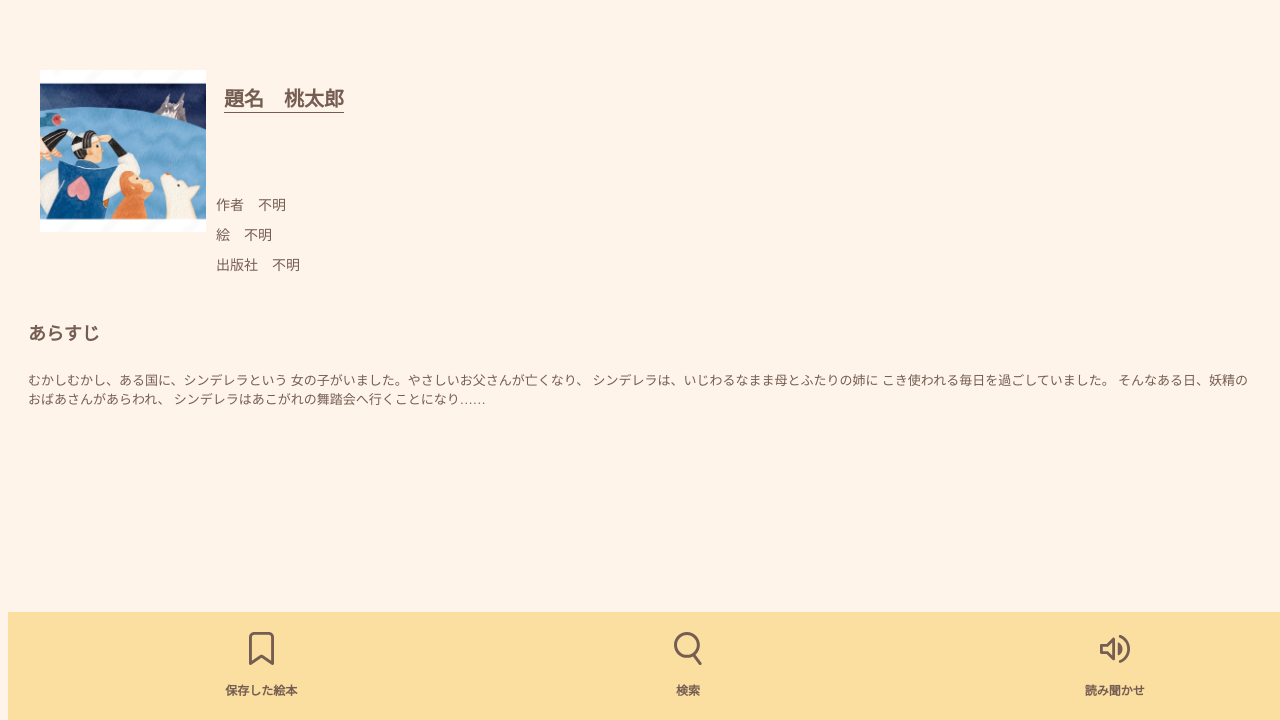
Repository: kmii12/2024-teampj
Page: /result/resultDetail/1
These files come from the project's save history. The page is drawn as it stood at one moment and after the next save; the edit follows.
The browser window is 1280 px wide. The pictures show the whole page.
The project was rebuilt for these pictures with package versions that can differ from the ones it lists, and the page was loaded fresh each time. The framework's server and built-in components were replaced by stand-ins that run in the browser. Also part of the build but not shown: next.config.mjs.

Above is the page before, as saved 2024-10-29 23:47:39.

### src/app/result/resultDetail/[id]/page.tsx
"use client";

import { useParams } from "next/navigation";
import { useEffect, useState } from "react";
import detailStyles from "./ResultDetail.module.scss";
import styles from "../../Result.module.scss";

interface ResultData {
  id: number;
  title: string;
  writer: string;
  illustrator: string;
  image: string;
  livingThing: string[];
  mainCharacter: string;
  character: string[];
  genre: string;
  location: string;
  hue: string;
  atmosphere: string[];
  season: string;
}

const ResultDetail: React.FC = () => {
  const { id } = useParams(); // URLから動的なIDを取得

  const [resultDetails, setResultDetails] = useState<ResultData | null>(null); // 本のデータを保存するstate

  // ダミーデータ（あとからfirebaseから取得）
  const ResultDatas: ResultData[] = [
    {
      id: 1,
      title: "桃太郎",
      writer: "不明",
      illustrator: "不明",
      image: "/img/momotaro.jpeg",
      livingThing: ["人間", "陸の生き物", "空の生き物"],
      mainCharacter: "桃太郎",
      character: [
        "桃太郎",
        "犬",
        "猿",
        "キジ",
        "鬼",
        "おじいさん",
        "おばあさん",
      ],
      genre: "昔話",
      location: "日本",
      hue: "不明",
      atmosphere: "",
      season: "不明",
    },
    {
      id: 2,
      title: "赤ずきん",
      writer: "不明",
      illustrator: "不明",
      image: "/img/littleRedRidingHood.jpeg",
      livingThing: ["人間", "陸の生き物", "空の生き物"],
      mainCharacter: "赤ずきん",
      character: ["赤ずきん", "おばあさん", "オオカミ"],
      hue: "不明",
      atmosphere: ["かわいい", "怖い"],
      genre: "昔話",
      location: "海外",
      season: "不明",
    },
    {
      id: 3,
      title: "シンデレラ",
      writer: "不明",
      illustrator: "不明",
      image: "/img/cinderella.jpeg",
      livingThing: "人間",
      mainCharacter: "シンデレラ",
      character: ["シンデレラ", "王子", "魔法使い"],
      genre: "昔話",
      location: "海外",
      hue: "不明",
      atmosphere: "",
      season: "不明",
    },
    {
      id: 4,
      title: "白雪姫",
      writer: "不明",
      illustrator: "不明",
      image: "/img/snowWhite.jpeg",
      livingThing: ["人間", "陸の生き物"],
      mainCharacter: "白雪姫",
      character: ["白雪姫", "王子", "魔女", "小人"],
      genre: "昔話",
      location: "海外",
      hue: "不明",
      atmosphere: "",
      season: "不明",
    },
    {
      id: 5,
      title: "アラジンと魔法のランプ",
      writer: "不明",
      illustrator: "不明",
      image: "/img/aladdin.jpeg",
      livingThing: ["人間", "陸の生き物"],
      mainCharacter: "アラジン",
      character: ["アラジン", "ジーニー", "王女", "魔法使い", "盗賊"],
      genre: "昔話",
      location: "海外",
      hue: "不明",
      atmosphere: "",
      season: "不明",
    },
  ];

  useEffect(() => {
    // idがまだundefinedの状態では処理しないようにする
    if (id) {
      const numericId = parseInt(id, 10); // idを数値に変換
      const foundDetail = ResultDatas.find((item) => item.id === numericId); // idでデータを検索
      setResultDetails(foundDetail || null); // 見つからなかった場合はnullを設定
    }
  }, [id]);

  if (!resultDetails) {
    return <p>Loading...</p>;
  }

  return (
    <>
      <div className={styles.resultContainer}>
        <div className={detailStyles.detailTtlWrap}>
          <div className={detailStyles.itemImageWrap}>
            <img
              src={resultDetails.image}
              alt={resultDetails.title}
              className={detailStyles.image}
            />
          </div>
          <div className={detailStyles.itemDescriptionWrap}>
            <h1 className="title">題名　{resultDetails.title}</h1>
            <div className={detailStyles.fixedBottom}>
              <p className="writer">作者　{resultDetails.writer}</p>
              <p className="illustrator">絵　{resultDetails.illustrator}</p>
              <p className="">出版社　{resultDetails.illustrator}</p>
            </div>
          </div>
        </div>

        <div className={detailStyles.descriptionContainer}>
          <h2 className={detailStyles.summary}>あらすじ</h2>
          <p className={detailStyles.summaryTxt}>
            むかしむかし、ある国に、シンデレラという
            女の子がいました。やさしいお父さんが亡くなり、
            シンデレラは、いじわるなまま母とふたりの姉に
            こき使われる毎日を過ごしていました。
            そんなある日、妖精のおばあさんがあらわれ、
            シンデレラはあこがれの舞踏会へ行くことになり……
          </p>
        </div>
      </div>
    </>
  );
};

export default ResultDetail;

### src/app/globals.css
html {
  font-size: 62.5%;
}

body {
  font-family: "Zen Maru Gothic", serif;
  background-color: #fff4ea;
}

a {
  color: inherit;
  text-decoration: none;
}

li {
  list-style-type: none;
}

### src/app/components/Footer.tsx
"use client";

import Link from "next/link";
import styles from "./Footer.module.scss";
import { usePathname } from "next/navigation";

export default function Footer() {
  const pathname = usePathname();

  return (
    <footer className={styles.footer}>
      <nav>
        <ul>
          <li>
            <Link
              href="/saved"
              className={pathname === "/saved" ? styles.active : ""}
            >
              <svg
                xmlns="http://www.w3.org/2000/svg"
                width="40"
                height="40"
                viewBox="0 0 40 40"
                fill="none"
              >
                <path
                  d="M31.5577 36C31.2643 35.9944 30.9782 35.9096 30.7308 35.7549L20.5 28.7589L10.2692 35.7549C10.0433 35.8898 9.78379 35.9611 9.51923 35.9611C9.25467 35.9611 8.99521 35.8898 8.76923 35.7549C8.54791 35.643 8.3604 35.4762 8.22542 35.271C8.09043 35.0658 8.01271 34.8295 8 34.5857V8.18571C8 6.81038 8.55718 5.49137 9.54895 4.51886C10.5407 3.54635 11.8859 3 13.2885 3H27.7115C29.1141 3 30.4593 3.54635 31.451 4.51886C32.4428 5.49137 33 6.81038 33 8.18571V34.5857C33.001 34.8425 32.9297 35.0945 32.7939 35.3141C32.6582 35.5337 32.4633 35.7123 32.2308 35.8303C32.0245 35.9413 31.793 35.9996 31.5577 36ZM20.5 25.6286C20.7947 25.6255 21.0833 25.7111 21.3269 25.8737L30.1154 31.8703V8.18571C30.1154 7.56056 29.8621 6.96101 29.4113 6.51896C28.9605 6.07691 28.3491 5.82857 27.7115 5.82857H13.2885C12.6509 5.82857 12.0395 6.07691 11.5887 6.51896C11.1379 6.96101 10.8846 7.56056 10.8846 8.18571V31.8703L19.6731 25.8737C19.9167 25.7111 20.2053 25.6255 20.5 25.6286Z"
                  fill={pathname === "/saved" ? "#c96868" : "#755D52"}
                />
              </svg>
              <p
                style={{
                  color: pathname === "/saved" ? "#c96868" : "#755D52",
                }}
              >
                保存した絵本
              </p>
            </Link>
          </li>
          <li>
            <Link href="/" className={pathname === "/" ? styles.active : ""}>
              <svg
                xmlns="http://www.w3.org/2000/svg"
                width="40"
                height="40"
                viewBox="0 0 40 40"
                fill="none"
              >
                <path
                  fillRule="evenodd"
                  clipRule="evenodd"
                  d="M18.9346 25.8692C24.4214 25.8692 28.8692 21.4214 28.8692 15.9346C28.8692 10.4479 24.4214 6 18.9346 6C13.4479 6 9 10.4479 9 15.9346C9 21.4214 13.4479 25.8692 18.9346 25.8692ZM18.9346 28.8692C26.0782 28.8692 31.8692 23.0782 31.8692 15.9346C31.8692 8.79103 26.0782 3 18.9346 3C11.791 3 6 8.79103 6 15.9346C6 23.0782 11.791 28.8692 18.9346 28.8692Z"
                  fill={pathname === "/" ? "#c96868" : "#755D52"}
                />
                <path
                  fillRule="evenodd"
                  clipRule="evenodd"
                  d="M33.0447 35.7533C32.3807 36.2486 31.4408 36.1119 30.9455 35.4479L25.0052 27.4848C24.5099 26.8208 24.6466 25.881 25.3106 25.3856C25.9746 24.8903 26.9145 25.027 27.4098 25.691L33.3501 33.6541C33.8455 34.3181 33.7087 35.2579 33.0447 35.7533Z"
                  fill={pathname === "/" ? "#c96868" : "#755D52"}
                />
              </svg>
              <p
                style={{
                  color: pathname === "/" ? "#c96868" : "#755D52",
                }}
              >
                検索
              </p>
            </Link>
          </li>
          <li>
            <Link
              href="/read"
              className={pathname === "/read" ? styles.active : ""}
            >
              <svg
                xmlns="http://www.w3.org/2000/svg"
                width="40"
                height="40"
                viewBox="0 0 40 40"
                fill="none"
              >
                <path
                  d="M32.2221 19.8994C32.2221 17.3902 31.5324 15.124 30.1529 13.1006C28.7732 11.0776 26.9538 9.59382 24.6946 8.64937C24.3335 8.49187 24.0742 8.24423 23.9167 7.90646C23.7592 7.5684 23.7499 7.22812 23.8888 6.88562C24.0371 6.51507 24.2987 6.25576 24.6737 6.10771C25.0487 5.95965 25.4307 5.96424 25.8196 6.12146C28.5879 7.27896 30.8101 9.10076 32.4862 11.5869C34.1621 14.073 35 16.8438 35 19.8994C35 22.9549 34.1621 25.7258 32.4862 28.2119C30.8101 30.698 28.5879 32.5198 25.8196 33.6773C25.4307 33.8345 25.0487 33.8391 24.6737 33.691C24.2987 33.543 24.0371 33.2837 23.8888 32.9131C23.7499 32.5706 23.7592 32.2303 23.9167 31.8923C24.0742 31.5545 24.3335 31.3069 24.6946 31.1494C26.9538 30.2049 28.7732 28.7212 30.1529 26.6981C31.5324 24.6748 32.2221 22.4085 32.2221 19.8994ZM11.6667 24.941H6.38875C5.99069 24.941 5.65972 24.8091 5.39583 24.5452C5.13194 24.2813 5 23.9503 5 23.5523V16.3298C5 15.9317 5.13194 15.6008 5.39583 15.3369C5.65972 15.073 5.99069 14.941 6.38875 14.941H11.6667L17.6388 8.96896C18.074 8.53368 18.5764 8.4341 19.1458 8.67021C19.7153 8.90632 20 9.33451 20 9.95479V29.9273C20 30.5476 19.7153 30.9758 19.1458 31.2119C18.5764 31.448 18.074 31.3484 17.6388 30.9131L11.6667 24.941ZM27.5 19.941C27.5 21.293 27.1713 22.5315 26.5138 23.6565C25.8565 24.7815 24.9492 25.6587 23.7917 26.2881C23.5508 26.4178 23.3217 26.4109 23.1042 26.2673C22.8867 26.124 22.7779 25.9226 22.7779 25.6631V14.1631C22.7779 13.904 22.8867 13.7026 23.1042 13.559C23.3217 13.4156 23.5508 13.4087 23.7917 13.5381C24.9492 14.177 25.8565 15.0706 26.5138 16.219C27.1713 17.367 27.5 18.6077 27.5 19.941ZM17.2221 13.5244L12.8887 17.719H7.77792V22.1631H12.8887L17.2221 26.3856V13.5244Z"
                  fill={pathname === "/read" ? "#c96868" : "#755D52"}
                />
              </svg>
              <p
                style={{
                  color: pathname === "/read" ? "#c96868" : "#755D52",
                }}
              >
                読み聞かせ
              </p>
            </Link>
          </li>
        </ul>
      </nav>
    </footer>
  );
}

### src/app/result/resultDetail/[id]/ResultDetail.module.scss
@import "../../../styles/variables.scss";

.detailTtlWrap {
  padding: 26px 14px;
  margin: 18px;
  width: 360px;
  height: 188px;
  position: relative;
  //Flexで画像と説明を横並びにするためのWrap
  display: flex;
  gap: 18px;
  .itemImageWrap {
    width: 170px;
    height: 162px;
    display: flex;
    // align-items: center;
    // justify-content: center;

    .image {
      width: 100%;
      height: auto;

      object-fit: cover;
    }
  }

  .itemDescriptionWrap {
    width: 180px;
    h1 {
      border-bottom: 1.5px solid $text;
      width: fit-content;
    }
    .fixedBottom {
      position: absolute;
      bottom: 0px;
      left: 190px;
      p {
        font-size: 1.4rem;
        margin: 10px 0;
      }
    }
  }
}

.descriptionContainer {
  margin: 35px 20px;

  .summary {
    font-size: 1.8rem;
    margin-bottom: 25px;
  }
  .summaryTxt {
    font-size: 1.3rem;
  }
}

### src/app/result/Result.module.scss
@import "../styles/variables.scss";

.resultContainer {
  color: $text;
  margin: 44px 0 120px 0; //resultPage全ての上下の余白
  // border: 1px solid #000;

  .resultTitle {
    //検索結果
    position: relative;
    text-align: center;
    font-size: 1.4em;
    margin-bottom: 30px;
    &::before,
    &::after {
      content: "";
      position: absolute;
      top: 50%;
      width: 35%;
      height: 1.5px;
      background-color: #b9a6a6;
    }
    &::before {
      left: 0;
    }
    &::after {
      right: 0;
    }
  }
  h3 {
    //本の題名
    font-size: 2em;
    border-bottom: 1.5px solid $text;
    width: fit-content;
  }

  .resultItem {
    //li
    padding: 26px 14px;
    margin: 18px;
    width: 360px;
    height: 188px;
    background-color: #fff; //一旦
    border-radius: 15px;
    box-shadow: 0px 2px 2px rgba($color: #000000, $alpha: 0.25);
    position: relative;

    .resultItemWrap {
      //Flexで画像と説明を横並びにするためのWrap
      display: flex;
      gap: 18px;
    }
    .itemImageWrap {
      width: 135px;
      height: 135px;
      display: flex;
      // align-items: center;
      // justify-content: center;

      .image {
        width: 100%;
        height: auto;

        object-fit: cover;
      }
    }
    .itemDescriptionWrap {
      width: 180px;
      .fixedBottom {
        position: absolute;
        bottom: 25px;
        left: 170px;
      }
    }
  }
}

### src/app/components/Footer.module.scss
@import "../styles/variables.scss";

.footer {
  width: 100%;
  height: 14dvh;
  padding-top: 1dvh;
  background-color: $main;
  position: fixed;
  bottom: 0;
  nav {
    width: inherit;
    height: inherit;
    ul {
      width: inherit;
      height: auto;
      display: flex;
      justify-content: space-around;
      align-items: center;
      li {
        width: calc(100% / 3);
        a {
          display: flex;
          flex-direction: column;
          justify-content: center;
          align-items: center;
          p {
            font-weight: 700;
            font-size: 1.2rem;
          }
        }
      }
    }
  }
}

### src/app/styles/variables.scss
// sassでカラーを使用するとき用

// 使用するファイルで最初に下記を記述
// コンポーネント用 → @import "../styles/variables.scss";
// ページ用 → @import "./styles/variables.scss";

$base: #fff4ea;
$main: #fadfa1;
$sub: #c96868;
$accent: #7eacb5;
$text: #755d52;
$main_pale: #fbe8bb;

Loaded but not shown: src/app/layout.tsx (common file)

After the next save:
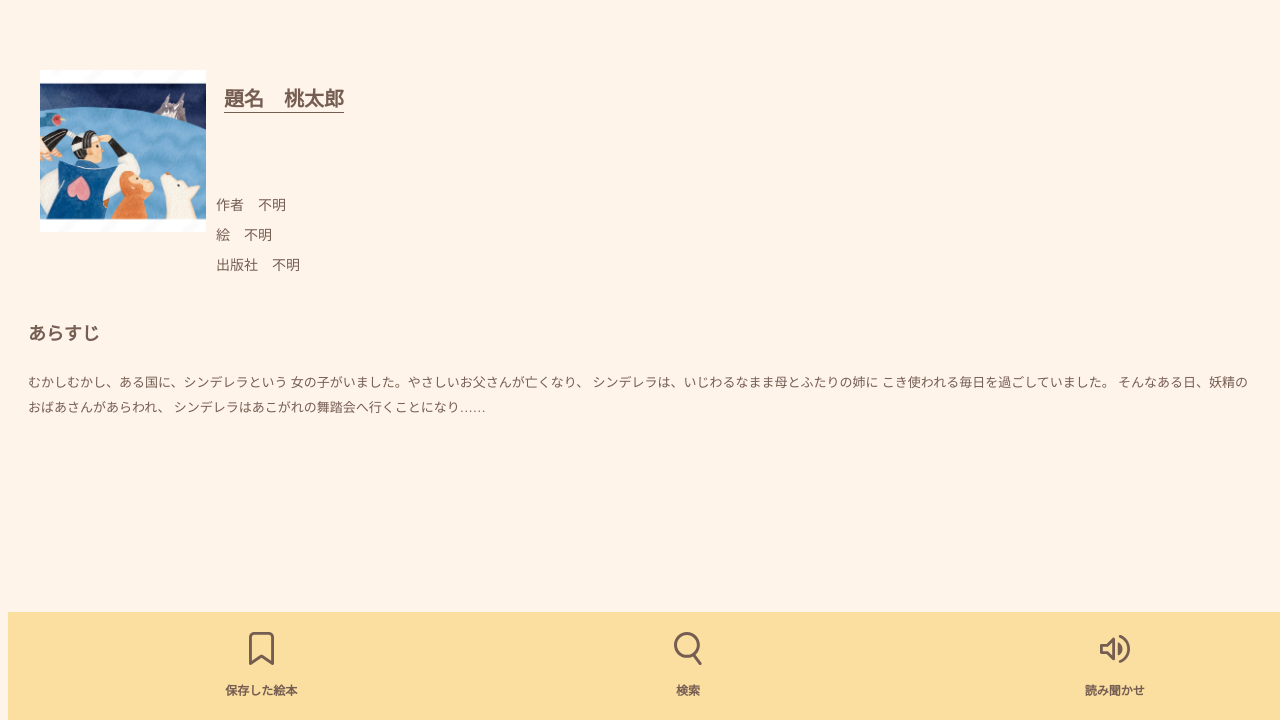
Saved 15 s later.
--- a/src/app/result/resultDetail/[id]/ResultDetail.module.scss
+++ b/src/app/result/resultDetail/[id]/ResultDetail.module.scss
@@ -51,5 +51,6 @@
   }
   .summaryTxt {
     font-size: 1.3rem;
+    line-height: 25px;
   }
 }
